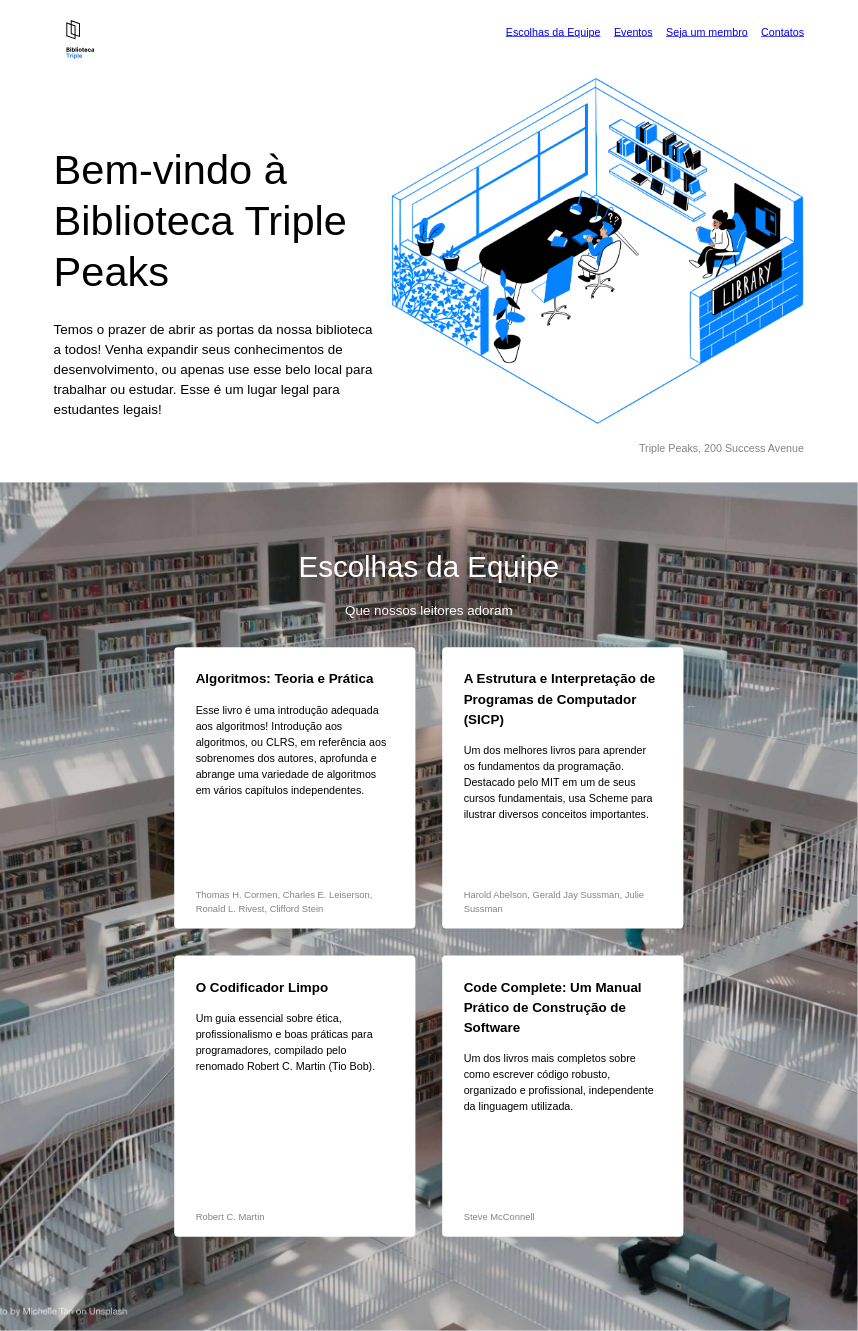
Repository: thainagomesc/web_project_library_pt
Page: index.html
An editor plug-in stored every save of this project. The page is shown before and after the next save, followed by the edit.
The browser window is 1280 px wide. The pictures show the whole page, at 67% of full size.

Above is the page before, as saved 2025-12-28 00:33:44.

After the next save:
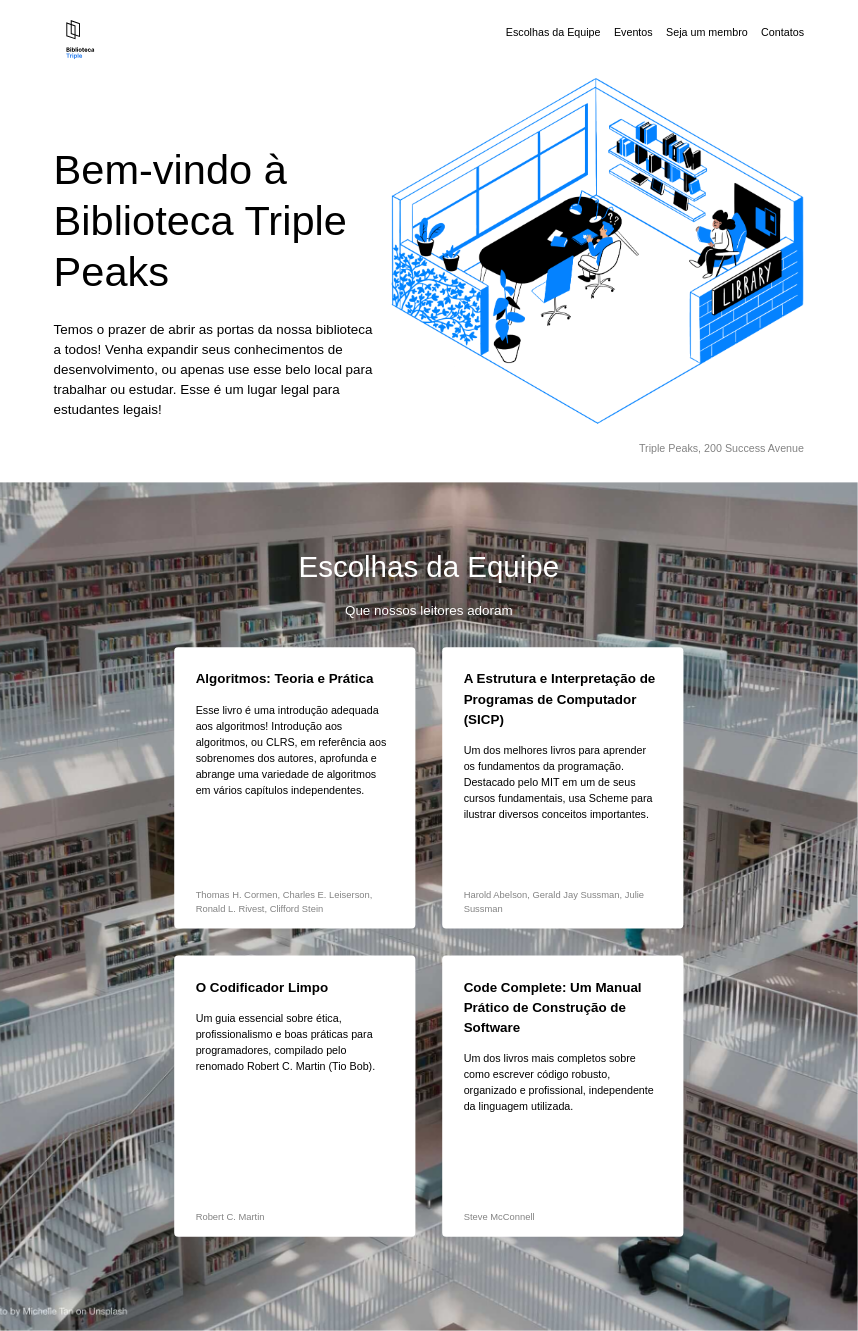
Saved 7 s later.
--- a/styles/style.css
+++ b/styles/style.css
@@ -36,7 +36,10 @@
   column-gap: 20px;
 }
 
-
+.nav__link {
+  color: #000000;
+  text-decoration: none;
+}
 
 .header__content {
   display: flex;
